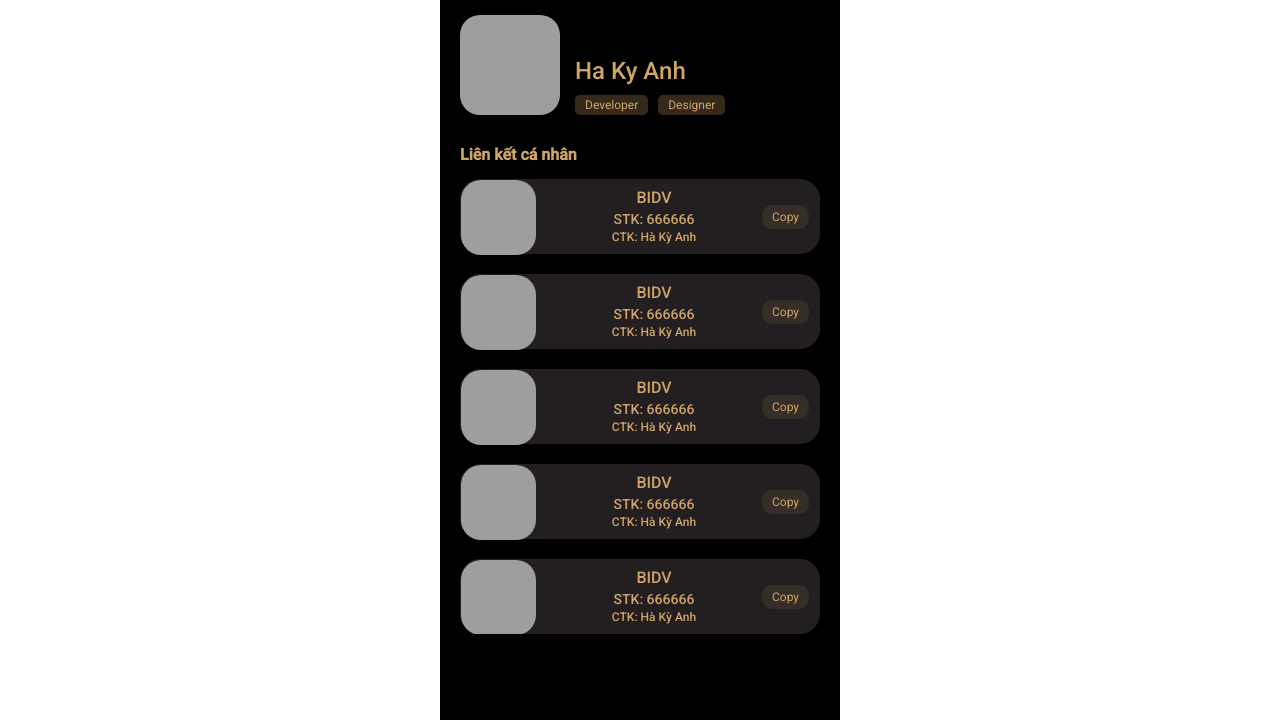
Repository: yzarc204/nguyen-tien-viet-hoang
Page: thong-tin-thanh-toan/index.html
These files come from the project's save history. The page is drawn as it stood at one moment and after a run of saves; the edit follows.
The browser window is 1280 px wide. The pictures show the whole page.
Pictures or frames that could not be fetched are drawn as grey boxes.

Above is the page before, as saved 2021-09-27 11:14:35.

After the next 2 saves:
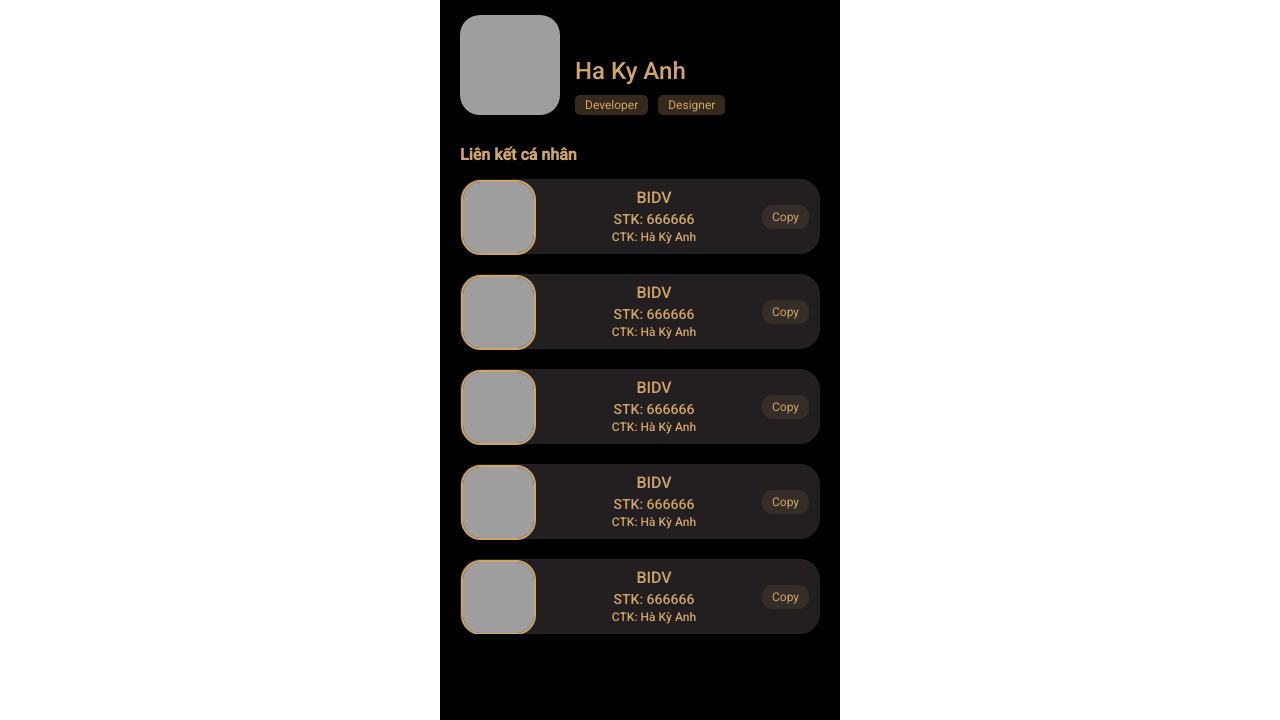
The 2 saves are shown as one change because they came seconds apart.
The last was saved 8 s later.
--- a/thong-tin-thanh-toan/public/css/index.css
+++ b/thong-tin-thanh-toan/public/css/index.css
@@ -104,7 +104,7 @@ body {
 .bank-logo {
     width: var(--size);
     height: var(--size);
-    border-radius: 2px solid var(--dark-color);
+    border: 2px solid var(--dark-color);
     border-radius: inherit;
 }
 .bank-info {
